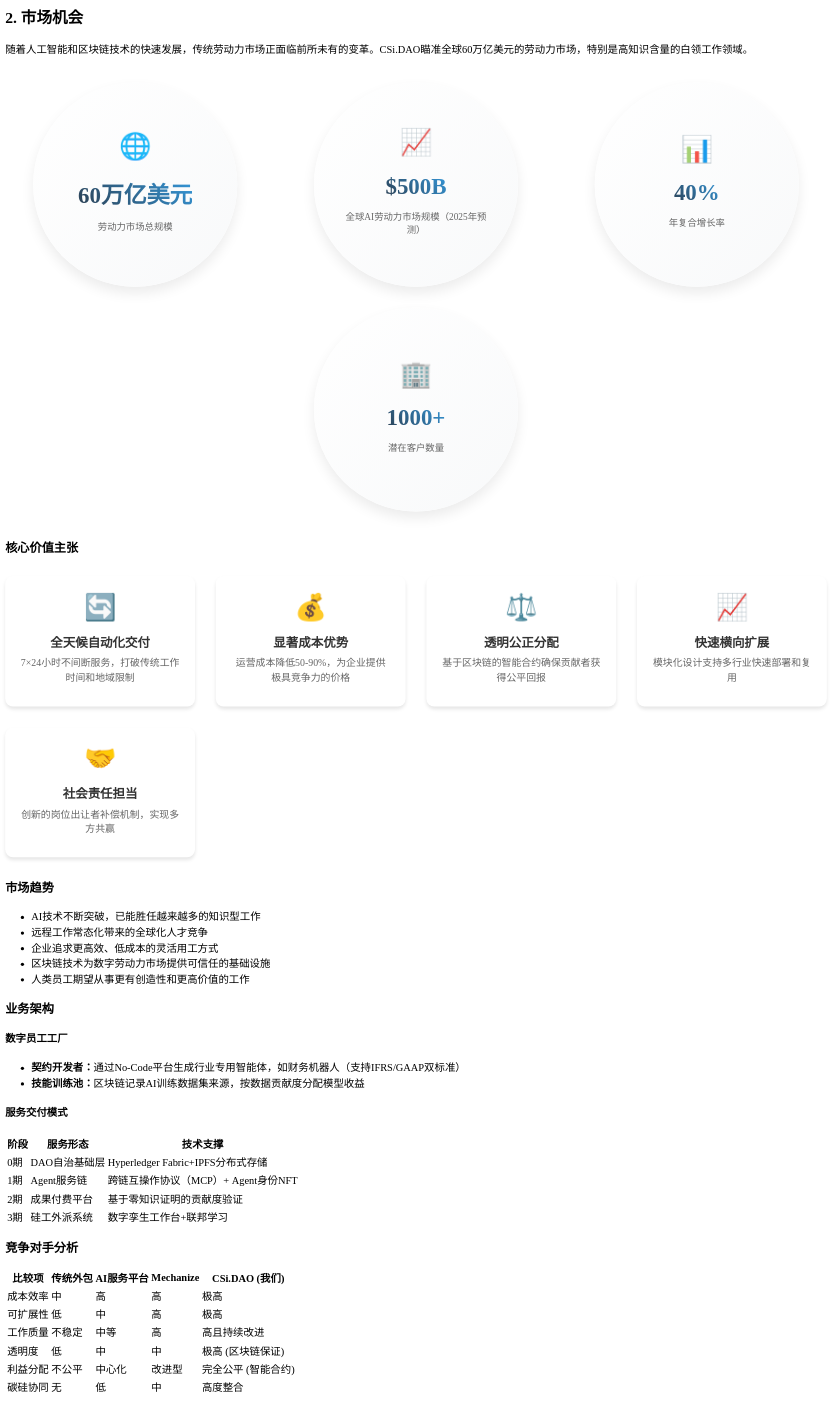
Repository: delez911/ainize
Page: static-site/src/components/market/market.html
The author's editor kept a copy of each file at every save. The page is drawn from the files as they stood at one save, then again after the next save.
The browser window is 1280 px wide. The pictures show the whole page, at 65% of full size.

Above is the page before, as saved 2025-04-24 03:51:18.

### static-site/src/components/market/market.html
<section id="market" class="section">
  <div class="section-container">
    <h2 class="section-title">2. 市场机会</h2>
    <div class="content">
      <p>随着人工智能和区块链技术的快速发展，传统劳动力市场正面临前所未有的变革。CSi.DAO瞄准全球60万亿美元的劳动力市场，特别是高知识含量的白领工作领域。</p>

      <div class="market-container">
        <div class="market-circle">
          <div class="market-icon">🌐</div>
          <div class="market-value">60万亿美元</div>
          <p>劳动力市场总规模</p>
        </div>
        <div class="market-circle">
          <div class="market-icon">📈</div>
          <div class="market-value">$500B</div>
          <p>全球AI劳动力市场规模（2025年预测）</p>
        </div>
        <div class="market-circle">
          <div class="market-icon">📊</div>
          <div class="market-value">40%</div>
          <p>年复合增长率</p>
        </div>
        <div class="market-circle">
          <div class="market-icon">🏢</div>
          <div class="market-value">1000+</div>
          <p>潜在客户数量</p>
        </div>
      </div>

      <h3>核心价值主张</h3>
      <div class="value-propositions">
        <div class="value-item">
          <div class="value-icon">🔄</div>
          <h4>全天候自动化交付</h4>
          <p>7×24小时不间断服务，打破传统工作时间和地域限制</p>
        </div>
        <div class="value-item">
          <div class="value-icon">💰</div>
          <h4>显著成本优势</h4>
          <p>运营成本降低50-90%，为企业提供极具竞争力的价格</p>
        </div>
        <div class="value-item">
          <div class="value-icon">⚖️</div>
          <h4>透明公正分配</h4>
          <p>基于区块链的智能合约确保贡献者获得公平回报</p>
        </div>
        <div class="value-item">
          <div class="value-icon">📈</div>
          <h4>快速横向扩展</h4>
          <p>模块化设计支持多行业快速部署和复用</p>
        </div>
        <div class="value-item">
          <div class="value-icon">🤝</div>
          <h4>社会责任担当</h4>
          <p>创新的岗位出让者补偿机制，实现多方共赢</p>
        </div>
      </div>

      <h3>市场趋势</h3>
      <ul>
        <li>AI技术不断突破，已能胜任越来越多的知识型工作</li>
        <li>远程工作常态化带来的全球化人才竞争</li>
        <li>企业追求更高效、低成本的灵活用工方式</li>
        <li>区块链技术为数字劳动力市场提供可信任的基础设施</li>
        <li>人类员工期望从事更有创造性和更高价值的工作</li>
      </ul>

      <h3>业务架构</h3>
      <div class="business-architecture">
        <div class="architecture-section">
          <h4>数字员工工厂</h4>
          <ul>
            <li><strong>契约开发者：</strong>通过No-Code平台生成行业专用智能体，如财务机器人（支持IFRS/GAAP双标准）</li>
            <li><strong>技能训练池：</strong>区块链记录AI训练数据集来源，按数据贡献度分配模型收益</li>
          </ul>
        </div>
        <div class="architecture-section">
          <h4>服务交付模式</h4>
          <table class="delivery-table">
            <tr>
              <th>阶段</th>
              <th>服务形态</th>
              <th>技术支撑</th>
            </tr>
            <tr>
              <td>0期</td>
              <td>DAO自治基础层</td>
              <td>Hyperledger Fabric+IPFS分布式存储</td>
            </tr>
            <tr>
              <td>1期</td>
              <td>Agent服务链</td>
              <td>跨链互操作协议（MCP）+ Agent身份NFT</td>
            </tr>
            <tr>
              <td>2期</td>
              <td>成果付费平台</td>
              <td>基于零知识证明的贡献度验证</td>
            </tr>
            <tr>
              <td>3期</td>
              <td>硅工外派系统</td>
              <td>数字孪生工作台+联邦学习</td>
            </tr>
          </table>
        </div>
      </div>

      <h3>竞争对手分析</h3>
      <table>
        <tr>
          <th>比较项</th>
          <th>传统外包</th>
          <th>AI服务平台</th>
          <th>Mechanize</th>
          <th>CSi.DAO (我们)</th>
        </tr>
        <tr>
          <td>成本效率</td>
          <td>中</td>
          <td>高</td>
          <td>高</td>
          <td>极高</td>
        </tr>
        <tr>
          <td>可扩展性</td>
          <td>低</td>
          <td>中</td>
          <td>高</td>
          <td>极高</td>
        </tr>
        <tr>
          <td>工作质量</td>
          <td>不稳定</td>
          <td>中等</td>
          <td>高</td>
          <td>高且持续改进</td>
        </tr>
        <tr>
          <td>透明度</td>
          <td>低</td>
          <td>中</td>
          <td>中</td>
          <td>极高 (区块链保证)</td>
        </tr>
        <tr>
          <td>利益分配</td>
          <td>不公平</td>
          <td>中心化</td>
          <td>改进型</td>
          <td>完全公平 (智能合约)</td>
        </tr>
        <tr>
          <td>碳硅协同</td>
          <td>无</td>
          <td>低</td>
          <td>中</td>
          <td>高度整合</td>
        </tr>
      </table>
    </div>
  </div>
</section>

<style>
.value-propositions {
  display: grid;
  grid-template-columns: repeat(auto-fit, minmax(250px, 1fr));
  gap: 2rem;
  margin: 2rem 0;
}

.value-item {
  background: white;
  border-radius: 12px;
  padding: 1.5rem;
  box-shadow: 0 4px 6px rgba(0, 0, 0, 0.1);
  transition: transform 0.3s ease, box-shadow 0.3s ease;
  text-align: center;
}

.value-item:hover {
  transform: translateY(-5px);
  box-shadow: 0 8px 12px rgba(0, 0, 0, 0.15);
}

.value-icon {
  font-size: 2.5rem;
  margin-bottom: 1rem;
}

.value-item h4 {
  color: #333;
  margin: 0.5rem 0;
  font-size: 1.2rem;
  font-weight: 600;
}

.value-item p {
  color: #666;
  margin: 0.5rem 0;
  font-size: 0.95rem;
  line-height: 1.5;
}

.market-container {
  display: flex;
  justify-content: space-around;
  flex-wrap: wrap;
  gap: 2rem;
  margin: 2.5rem 0;
}

.market-circle {
  background: linear-gradient(135deg, #ffffff, #f8f9fa);
  border-radius: 50%;
  width: 250px;
  height: 250px;
  padding: 2rem;
  text-align: center;
  display: flex;
  flex-direction: column;
  justify-content: center;
  align-items: center;
  box-shadow: 0 10px 20px rgba(0, 0, 0, 0.08);
  transition: transform 0.3s ease, box-shadow 0.3s ease;
  position: relative;
  overflow: hidden;
}

.market-circle:hover {
  transform: translateY(-10px) scale(1.05);
  box-shadow: 0 15px 30px rgba(0, 0, 0, 0.12);
}

.market-icon {
  font-size: 2.5rem;
  margin-bottom: 1rem;
  opacity: 0.9;
}

.market-value {
  font-size: 2.2rem;
  font-weight: 700;
  color: #2c3e50;
  margin: 0.5rem 0;
  background: linear-gradient(45deg, #2c3e50, #3498db);
  -webkit-background-clip: text;
  -webkit-text-fill-color: transparent;
}

.market-circle p {
  color: #666;
  font-size: 0.9rem;
  line-height: 1.4;
  margin: 0.5rem 0;
  padding: 0 1rem;
}

/* 响应式设计 */
@media (max-width: 768px) {
  .market-container {
    flex-direction: column;
    align-items: center;
  }

  .market-circle {
    width: 200px;
    height: 200px;
  }
}

/* 添加装饰性背景元素 */
.market-circle::before {
  content: '';
  position: absolute;
  top: -50%;
  left: -50%;
  width: 200%;
  height: 200%;
  background: radial-gradient(circle, rgba(255,255,255,0.8) 0%, rgba(255,255,255,0) 70%);
  opacity: 0;
  transition: opacity 0.3s ease;
  pointer-events: none;
}

.market-circle:hover::before {
  opacity: 1;
}
</style>

After the next save:
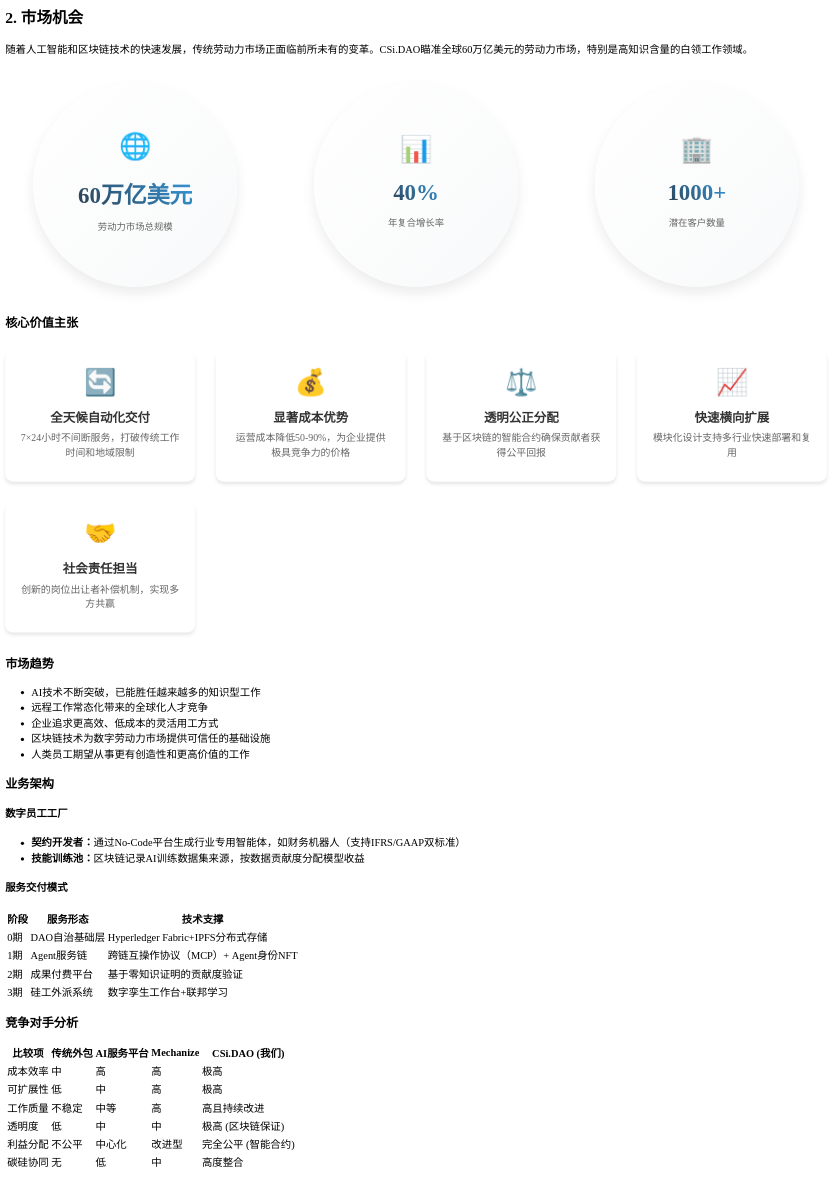
Saved 41 s later.
--- a/static-site/src/components/market/market.html
+++ b/static-site/src/components/market/market.html
@@ -9,11 +9,6 @@
           <div class="market-icon">🌐</div>
           <div class="market-value">60万亿美元</div>
           <p>劳动力市场总规模</p>
-        </div>
-        <div class="market-circle">
-          <div class="market-icon">📈</div>
-          <div class="market-value">$500B</div>
-          <p>全球AI劳动力市场规模（2025年预测）</p>
         </div>
         <div class="market-circle">
           <div class="market-icon">📊</div>
